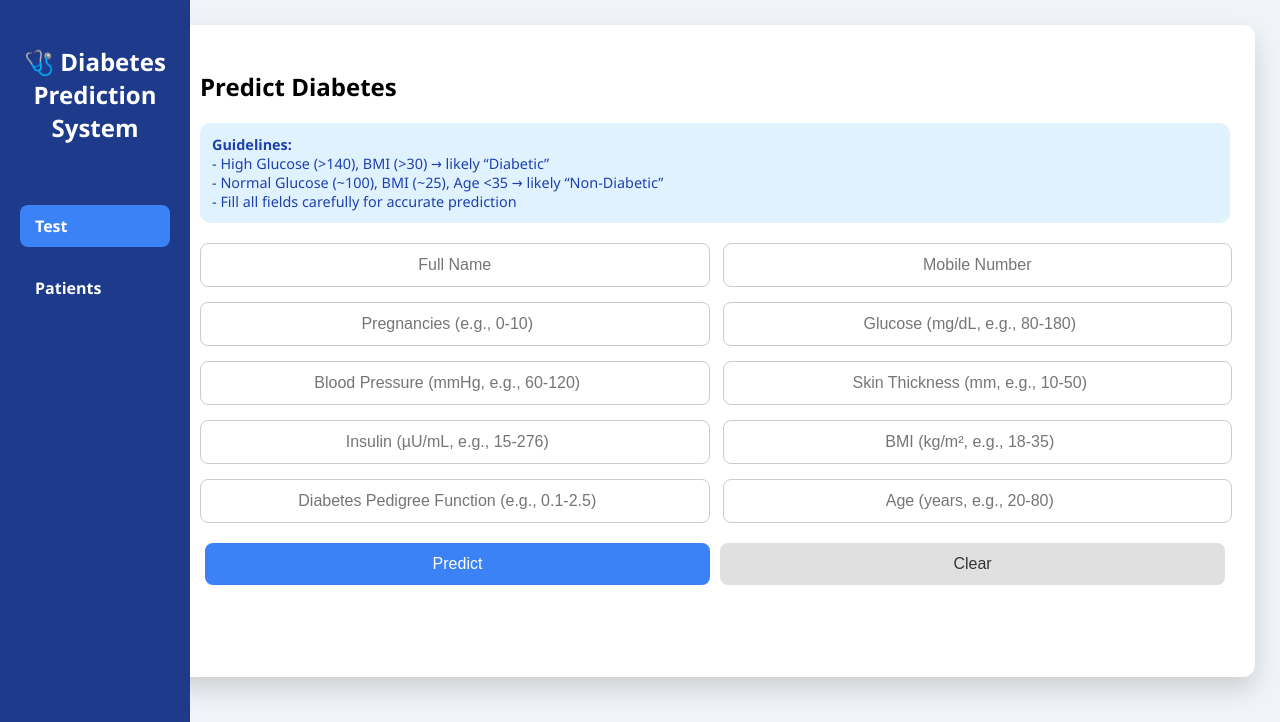
Repository: Aman14150/diabetes-prediction-system
Page: http://localhost/
The author's editor kept a copy of each file at every save. The page is drawn from the files as they stood at one save, then again after a run of saves.
The browser window is 1280 px wide. The pictures show the whole page.
The page is served by the project's application, run on Flask 3 (app.py).

Above is the page before, as saved 2025-10-07 20:16:20.

### templates/index.html
<!DOCTYPE html>
<html lang="en">

<head>
    <meta charset="UTF-8">
    <title>Diabetes Prediction</title>
    <link rel="stylesheet" href="{{ url_for('static', filename='style.css') }}">
</head>

<body>
    <div class="container">
        <aside class="sidebar">
            <h2>🩺 Diabetes Prediction System</h2>
            <ul>
                <li><a href="/" class="{% if not show_patients %}active{% endif %}">Test</a></li>
                <li><a href="/patients" class="{% if show_patients %}active{% endif %}">Patients</a></li>
            </ul>
        </aside>

        <main class="content">
            {% if not show_patients %}
            <!-- Test Form -->
            <div class="card">
                <h2>Predict Diabetes</h2>
                <div class="guidelines">
                    <strong>Guidelines:</strong><br>
                    - High Glucose (>140), BMI (>30) → likely “Diabetic”<br>
                    - Normal Glucose (~100), BMI (~25), Age <35 → likely “Non-Diabetic”<br>
                        - Fill all fields carefully for accurate prediction
                </div>

                <form id="diabetesForm" action="/predict" method="post">
                    <input type="text" name="name" placeholder="Full Name" required>
                        <input type="tel" name="mobile" placeholder="Mobile Number" required>
                        <input type="number" name="Pregnancies" placeholder="Pregnancies (e.g., 0-10)" step="any" required>
                        <input type="number" name="Glucose" placeholder="Glucose (mg/dL, e.g., 80-180)" step="any" required>
                        <input type="number" name="BloodPressure" placeholder="Blood Pressure (mmHg, e.g., 60-120)" step="any" required>
                        <input type="number" name="SkinThickness" placeholder="Skin Thickness (mm, e.g., 10-50)" step="any" required>
                        <input type="number" name="Insulin" placeholder="Insulin (µU/mL, e.g., 15-276)" step="any" required>
                        <input type="number" name="BMI" placeholder="BMI (kg/m², e.g., 18-35)" step="any" required>
                        <input type="number" name="DiabetesPedigreeFunction" placeholder="Diabetes Pedigree Function (e.g., 0.1-2.5)" step="any" required>
                        <input type="number" name="Age" placeholder="Age (years, e.g., 20-80)" step="any" required>
                    <div class="button-group">
                        <button type="submit" id="predictBtn">Predict</button>
                        <button type="button" id="clearBtn">Clear</button>
                    </div>

                    {% if prediction_text %}
                    <div class="prediction">{{ prediction_text }}</div>
                    {% else %}
                    <div class="prediction">&nbsp;</div>
                    {% endif %}
                </form>
            </div>
            {% else %}
            <!-- Patients Table -->
            <div class="card">
                <h2>Patients List</h2>
                <table>
                    <thead>
                        <tr>
                            <th>Sr. No.</th> <!-- Serial Number -->
                            {% for col in patient_columns[1:] %} <!-- Skip DB ID -->
                            <th>{{ col|capitalize }}</th>
                            {% endfor %}
                            <th>Action</th>
                        </tr>
                    </thead>
                    <tbody>
                        {% for row in patient_data %}
                        <tr>
                            <td>{{ loop.index }}</td> <!-- Sr. No. using Jinja loop.index -->
                            {% for item in row[1:] %} <!-- Skip DB ID -->
                            <td>{{ item }}</td>
                            {% endfor %}
                            <td>
                                <form action="{{ url_for('delete_patient', patient_id=row[0]) }}" method="post"
                                    style="display:inline;">
                                    <button type="submit" class="delete-btn">Delete</button>
                                </form>
                            </td>
                        </tr>
                        {% endfor %}
                    </tbody>
                </table>
            </div>

            {% endif %}
        </main>
    </div>

    <script>
        document.getElementById('clearBtn')?.addEventListener('click', function () {
            document.getElementById('diabetesForm')?.reset();
        });
    </script>
</body>

</html>

### app.py
from flask import Flask, render_template, request, redirect, url_for
import joblib
import pandas as pd
import mysql.connector

app = Flask(__name__)

# MySQL Connection
db = mysql.connector.connect(
    host="127.0.0.1",
    port=3307,
    user="amanR",
    password="Mysql@150",
    database="diabetes_db"
)
cursor = db.cursor()
print("Database Connected successfully ✅")

# Load model & scaler
model = joblib.load("diabetes_model.pkl")
scaler = joblib.load("scaler.pkl")

@app.route('/')
def home():
    return render_template('index.html', prediction_text=None, show_patients=False)

@app.route('/predict', methods=['POST'])
def predict():
    try:
        # Personal info
        name = request.form['name']
        mobile = request.form['mobile']

        # Health data
        data = [float(request.form[key]) for key in [
            "Pregnancies","Glucose","BloodPressure","SkinThickness",
            "Insulin","BMI","DiabetesPedigreeFunction","Age"
        ]]
        input_df = pd.DataFrame([data], columns=[
            "Pregnancies","Glucose","BloodPressure","SkinThickness",
            "Insulin","BMI","DiabetesPedigreeFunction","Age"
        ])
        scaled_input = scaler.transform(input_df)
        prediction = model.predict(scaled_input)[0]
        result = "Diabetic" if prediction == 1 else "Non-Diabetic"

        # Save to MySQL
        sql = """INSERT INTO patients
                 (name, mobile, pregnancies, glucose, blood_pressure, skin_thickness, insulin, bmi, dpf, age, prediction)
                 VALUES (%s,%s,%s,%s,%s,%s,%s,%s,%s,%s,%s)"""
        cursor.execute(sql, (name, mobile, *data, result))
        db.commit()

        return render_template('index.html', prediction_text=f"Prediction: 🩺 {result}", show_patients=False)

    except Exception as e:
        return render_template('index.html', prediction_text=f"Error: {str(e)}", show_patients=False)

@app.route('/patients')
def patients():
    cursor.execute("SELECT * FROM patients")
    rows = cursor.fetchall()
    columns = [desc[0] for desc in cursor.description]
    return render_template('index.html', patient_data=rows, patient_columns=columns, show_patients=True)

@app.route('/delete/<int:patient_id>', methods=['POST'])
def delete_patient(patient_id):
    cursor.execute("DELETE FROM patients WHERE id=%s", (patient_id,))
    db.commit()
    return redirect(url_for('patients'))

if __name__ == '__main__':
    app.run(debug=True)

### static/style.css
body {
    font-family: 'Segoe UI', Tahoma, Geneva, Verdana, sans-serif;
    margin: 0;
    padding: 0;
    background: linear-gradient(135deg,#f0f4f8,#d9e2ec);
}

.container {
    display: flex;
    min-height: 100vh;
}

.sidebar {
    width: 150px;
    background: #1e3a8a;
    color: white;
    padding: 25px 20px;
    display: flex;
    flex-direction: column;
    position: fixed;
    top: 0;
    left: 0;
    height: 100vh;
    overflow-y: auto;
}


.sidebar h2 {
    text-align: center;
    margin-bottom: 25px;
    font-size: 1.5rem;
}

.sidebar ul {
    list-style: none;
    padding: 0;
    flex: 1;
}

.sidebar ul li {
    margin: 20px 0;
}

.sidebar ul li a {
    color: white;
    text-decoration: none;
    font-weight: bold;
    display: block;
    padding: 10px 15px;
    border-radius: 8px;
    transition: background 0.3s;
}

.sidebar ul li a.active, .sidebar ul li a:hover {
    background: #3b82f6;
}

.content {
     flex: 1;
    margin-left: 150px;
    padding: 25px;
    background: #f0f4f8;
}

.card {
    background: white;
    padding: 25px;
    border-radius: 12px;
    box-shadow: 0 12px 25px rgba(0,0,0,0.15);
    margin-bottom: 20px;
}

.sidebar.h2

h2 {
    text-align: center;
    color: #2fff00;
}


.guidelines {
    background-color: #e0f2fe;
    color: #1e40af;
    padding: 12px;
    border-radius: 10px;
    margin-bottom: 20px;
    font-size: 0.9rem;
    text-align: left;
}

form {
    display: grid;
    grid-template-columns: 1fr 1fr;
    gap: 15px;
}

input {
    width: 100%;
    padding: 12px 0px;
    border-radius: 8px;
    border: 1px solid #ccc;
    font-size: 1rem;
    text-align: center;
}

input:focus {
    outline: none;
    border-color: #3b82f6;
    box-shadow: 0 0 5px rgba(59,130,246,0.5);
}

.button-group {
    grid-column: span 2;
    display: flex;
    justify-content: space-between;
}

button {
    padding: 12px;
    font-size: 1rem;
    border-radius: 8px;
    border: none;
    cursor: pointer;
    flex: 1;
    margin: 5px;
    transition: background-color 0.3s ease;
}

#predictBtn {
    background-color: #3b82f6;
    color: white;
}

#predictBtn:hover {
    background-color: #1e40af;
}

#clearBtn {
    background-color: #e0e0e0;
    color: #333;
}

#clearBtn:hover {
    background-color: #bdbdbd;
}

.prediction {
    grid-column: span 2;
    text-align: center;
    margin-top: 20px;
    font-size: 1.2rem;
    font-weight: bold;
    color: #3b82f6;
}

table {
    width: 100%;
    border-collapse: collapse;
}

table, th, td {
    border: 1px solid #ccc;
}

th, td {
    padding: 12px;
    text-align: center;
}

th {
    background: #3b82f6;
    color: white;
}

.delete-btn {
    background: #ef4444;
    color: white;
    padding: 6px 12px;
    border-radius: 6px;
    border: none;
    cursor: pointer;
    transition: 0.3s;
}

.delete-btn:hover {
    background: #b91c1c;
}

After the next 4 saves:
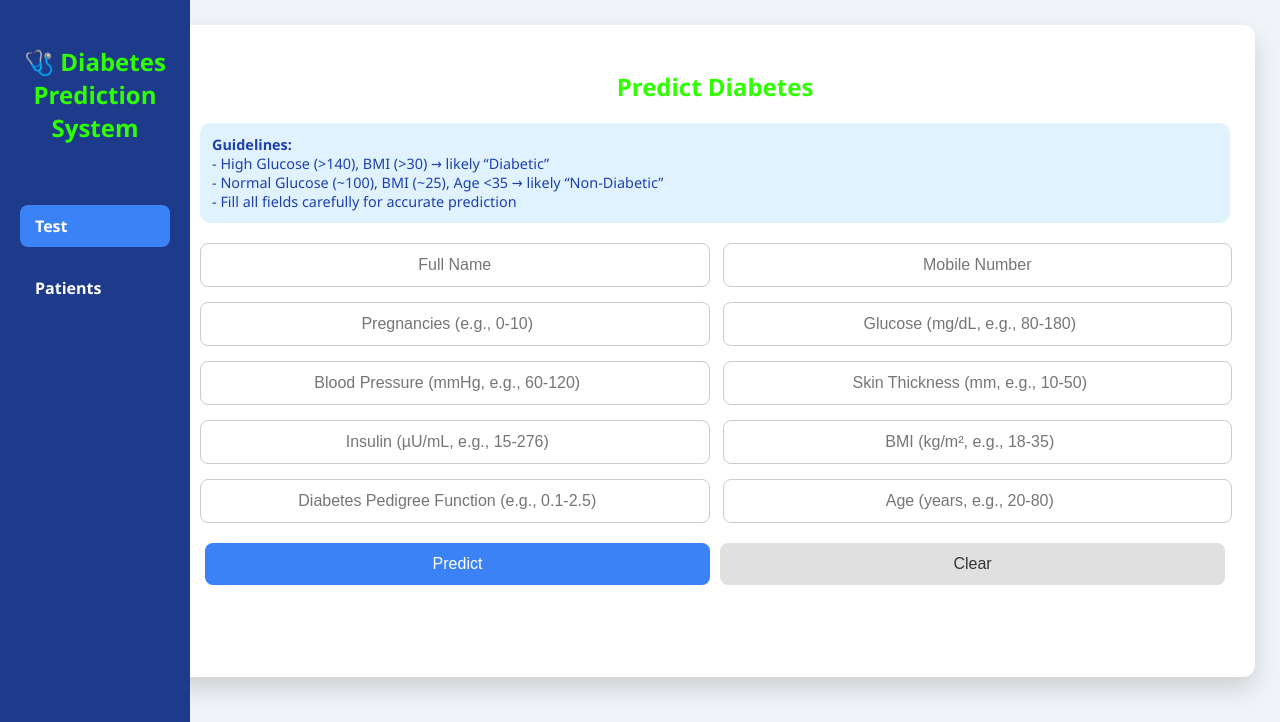
The 4 saves are shown as one change because they came seconds apart.
The last was saved 16 s later.
--- a/static/style.css
+++ b/static/style.css
@@ -70,7 +70,10 @@ body {
     margin-bottom: 20px;
 }
 
-.sidebar.h2
+.sidebar.h2{
+    text-align: center;
+    color: #2fff00;
+}
 
 h2 {
     text-align: center;
